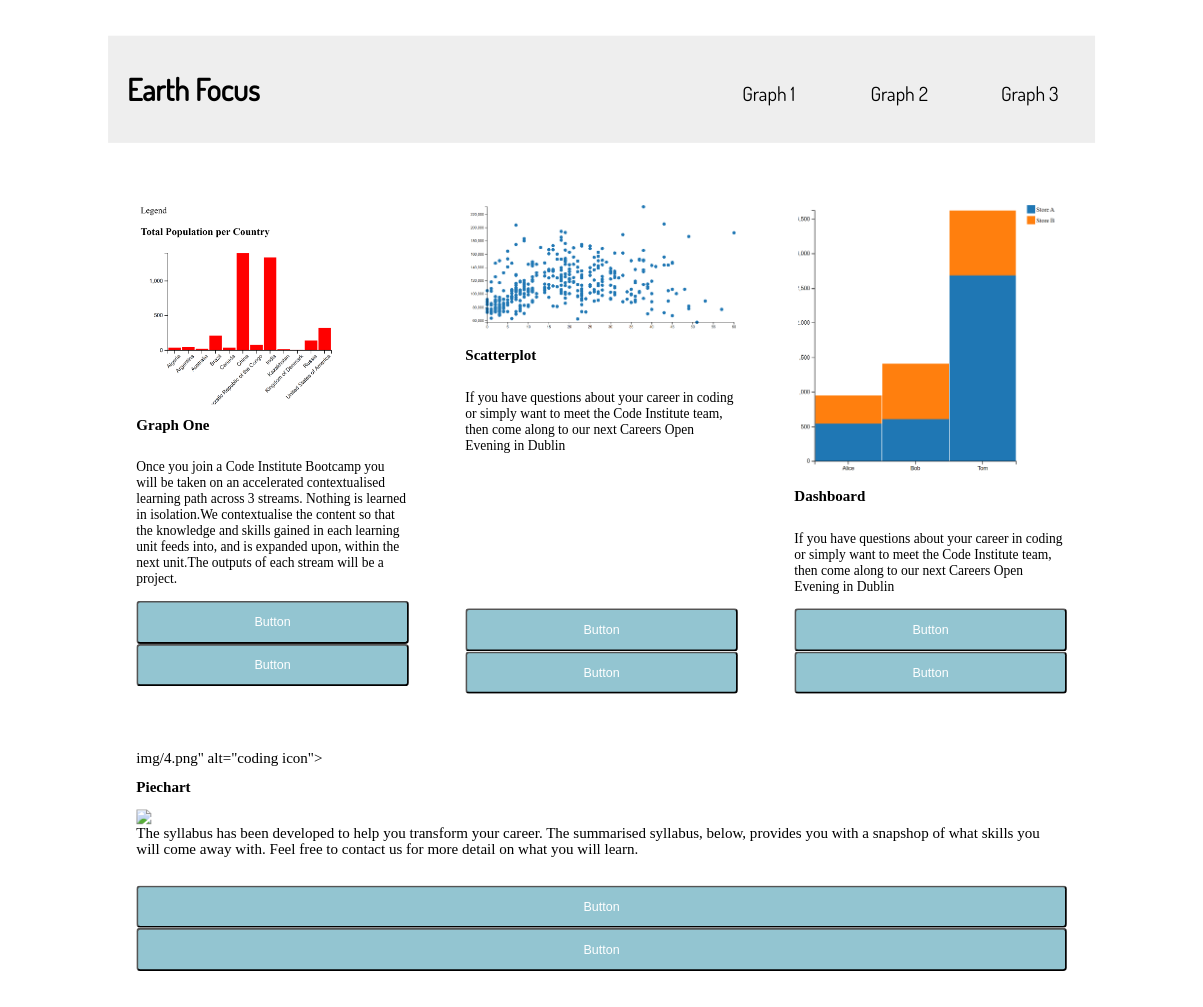
Repository: Code-Institute-Submissions/SOliv1-milestone2_NovResub
Page: index.html
The author's editor kept a record of every edit. The page is drawn from the files as they stood at one moment, then again after the next edit.
The browser window is 1280 px wide. The pictures show the whole page, at 94% of full size.
Some web libraries are served in a nearby version.

Above is the page before.

### index.html
<!DOCTYPE html>
<html lang="en">
<head>
    <meta charset="UTF-8">
    <meta http-equiv="X-UA-Compatible" content="ie=edge">
    <meta name="viewport" content="width=device-width, initial-scale=1">
    <title>Earth Focus</title>
    <link href="css/style.css" rel="stylesheet">
    <link href='https://fonts.googleapis.com/css?family=Roboto' rel='stylesheet' type='text/css'>
    <link href='https://fonts.googleapis.com/css?family=Dosis' rel='stylesheet' type='text/css'>
    </head>
<body>
    <div id="container">
        <nav>
            <ul>
                <li id="logoNav">Earth Focus</>
                <li id="graph11_btn">Graph 1</li>
                <li id="graph2_btn"> Graph 2</li>
                <li id="graph3_btn">Graph 3</li>
            </ul>
        </nav>
        <div class="card graph1">
            <img class="card_image" src="img/1.png" alt="coding icon">
            <div class="card_bottom">
                <h2 class="card_head">Graph One</h2>
                <p class="card_para">Once you join a Code Institute Bootcamp you will be taken on an accelerated contextualised learning path across 3 streams. Nothing is learned in isolation.We contextualise the content so that the knowledge and skills gained in each learning
                    unit feeds into, and is expanded upon, within the next unit.The outputs of each stream will be a project. </p>
                <button class="bottom_button">Button</>
                <button class="bottom_button" id="button_effects1">Button</button>
            </div>
        </div>
        <div class="card graph3_btn">
            <img class="card_image" src="img/2.png" alt="coding icon">
            <h2 class="card_head">Scatterplot</h2>
            <p class="card_para">If you have questions about your career in coding or simply want to meet the Code Institute team, then come along to our next Careers Open Evening in Dublin</p>
            <button class="bottom_button">Button</>
            <button id="button_effects2" class="bottom_button">Button</button>
            </div>
        <div class="card graph2">
            <img class="card_image" src="img/3.png" alt="coding icon">
            <h2 class="card_head">Dashboard</h2>
            <p class="card_para">If you have questions about your career in coding or simply want to meet the Code Institute team, then come along to our next Careers Open Evening in Dublin</p>
            <button class="bottom_button">Button</>
            <button id="button_effects3" class="bottom_button">Button</button>
        </div>
        <div class="card graph3">img/4.png" alt="coding icon">
            <h2 class="card_head">Piechart</h2>
            <img class="card_image" src="i
            <p class="card_para">The syllabus has been developed to help you transform your career. The summarised syllabus, below, provides you with a snapshop of what skills you will come away with. Feel free to contact us for more detail on what you will learn.</p>
            <button class="bottom_button">Button</>
             <button id="button_effects4" class="bottom_button">Button</button>
        </div>
    <script src="https://code.jquery.com/jquery-3.2.1.js" integrity="sha256-DZAnKJ/6XZ9si04Hgrsxu/8s717jcIzLy3oi35EouyE=" crossorigin="anonymous"></script>
    <script src="script.js"></script>
    <!-- Scripts located at the bottom of the body to insure page is fully loaded before execution -->
</body>
</html>

### css/style.css
Skip to content
Search or jump to…

Pull requests
Issues
Marketplace
Explore

@SOliv1
Code Issues 0 Pull requests 0 Projects 0 Wiki Security Pulse Community
jquery-events/style.css
 Ubuntu initial commit
871e21d on Aug 28
193 lines (133 sloc)  2.25 KB

body {
	font-family: 'Roboto', sans-serif;
	/*background-image: url(img/code-institute.jpg);
 	background-size: cover;
 	color: #ffffff;*/
 	background-color: #eee;

}

h1{
	font-size: 3em;
	text-align: center;
}

h2 {
	font-size: 1em;
	text-align: left;

}



p {
	font-size: .9rem;
}



div {
	border-radius: 4px;
}

.card_image {
	width: 100%;

}

.bottom_button {
	display: flex;
	box-sizing:border-box;
	border-radius: 4px;
	display: block;
	width: 100%;
	background-color:rgba(129, 187, 201,.85);
	text-align: center;
	padding: 1em .75em;
	text-decoration: none;
	color: #fff;

}

.card_bottom {
	display: flex;
	flex-flow:column;
}

.card_head {
	flex:0;
}



.card_para {

	flex:1 0 auto;

}

#container {
	display: flex;		/* makes container a flexbox*/
	flex-flow: row wrap; 	/* layout the boxes in rows and wrap them*/
	box-sizing:border-box;
	margin-right:auto;
	margin-left:auto;
	max-width:1050px;
}

#logo {
	width: 800px;
	margin: auto;
}



.card {

	flex:1; /* */

	display: flex;	/* make the contents controllable by flexbox*/
	flex-flow:column;	/* */
	min-width: 240px; /**/
	margin: 10px;
	padding: 20px;
	background-color: #fff;
}

.highlight_stream {
	background-color: #EB5255;
}

#my_footer {
	width:100%;
	text-align: center;
}



#copyright {
	margin-top:10px;
	margin-bottom:10px;

}

/*************************
Navigation
**************************/

nav {

	font-family: roboto;
	background-color: #eee;
	margin: 30px auto;
	width: 100%;
}

ul {

	display: flex;

	justify-content:space-between;

	flex-flow: row;

	/*flex-flow: row-reverse;*/
	/*justify-content:flex-end;*/
	/*justify-content:space-around;*/
	/*align-items:flex-start;*/
	align-items:baseline;
	border-radius: 10px;
	list-style-type: none; /*Remove Bullets*/
	padding: 0;

}

li {
	flex:1;
	height: 30px;
	/*width:10%;*/
	/*border:2px solid #000;*/
	/*background-color: #81BBC9;*/
	/*border-radius: 10px;*/
	font-family: Dosis;
	padding:20px 20px 20px 20px;
	text-align: center;
	font-size: 1.3em;
}

#logoNav {
	flex:6;
	text-align: left;
	font-size: 2em;
	font-weight: bold;
}

.underline {
    text-decoration:underline;

}



.border {

    border: solid 5px #ccc;

}

@media screen and (max-width: 700px) {
	ul {
		flex-flow: column;
		align-items:center;
    }
	li {
		font-size: 2em;
	}

}

### script.js
$(document).ready(function() {
    -$("#barchart_html").on("click", function() {
        $(".graph1").show();
        $(".graph1").show(1000);
        $("#button_effects1").click(function(){
        $('#button_effects1').hide('slow');
    });
 });

   $("#barchart2_html").on("click", function() {
        $(".graph1").removeClass('highlight_graph');
        $(".graph2").removeClass('highlight_graph');
        $(".graph3").removeClass('highlight_graph');
        $(".graph2").addClass('highlight_graph');
   });

    $("#barchart3_html").on("click", function() {
        $(".graph1").removeClass('highlight_graph');
        $(".graph2").removeClass('highlight_graph');
        $(".graph3").removeClass('highlight_graph');
        $(".graph3").addClass('highlight_graph');
    });
});

    $(document).ready(function() {
    $("#button_effects1").click(function(){
        $('#par1').toggle('1000');
    });
    $("#button_effects2").click(function(){
        $('#par2').toggle('1000');
    });
    $("#button_effects3").click(function(){
        $('#par3').toggle('1000');
    });
    $("#button_effects4").click(function(){
        $('#par4').toggle('1000');
    });
});

$(document).ready(function() {
    // Create the slideToggle effects each of the paragraphs and
    // buttons
    $("#button_effects1").click(function(){
        $('#par1').slideToggle('1000');
    });
    $("#button_effects2").click(function(){
        $('#par2').slideToggle('1000');
    });
    $("#button_effects3").click(function(){
        $('#par3').slideToggle('1000');
    });
    $("#button_effects4").click(function(){
        $('#par4').slideToggle('1000');
    });
    $("#button_effects5").click(function(){
        $('#par5').slideToggle('1000');
    });
    $("#button_effects6").click(function(){
        $('#par6').slideToggle('1000');
    });
});



// Use the fadeTo effect when the mouse hovers over a specific button
    // and fadeTo again when the mouse is no longer hovering over the button

    $("#button_effects1").mouseenter(function(){
        $('#button_effects1').fadeTo(1000, 0.5);
    });
    $("#button_effects1").mouseleave(function(){
        $('#button_effects1').fadeTo(1000, 1);
    });
    $("#button_effects2").mouseenter(function(){
        $('#button_effects2').fadeTo(1000, 0.5);
    });
    $("#button_effects2").mouseleave(function(){
        $('#button_effects2').fadeTo(1000, 1);
    });
    $("#button_effects3").mouseenter(function(){
        $('#button_effects3').fadeTo(1000, 0.5);
    });
    $("#button_effects3").mouseleave(function(){
        $('#button_effects3').fadeTo(1000, 1);
    });
    $("#button_effects4").mouseenter(function(){
        $('#button_effects4').fadeTo(1000, 0.5);
    });
    $("#button_effects4").mouseleave(function(){
        $('#button_effects4').fadeTo(1000, 1);
    });

//waits until page is loaded first

    $(document).ready(function(){
    //applies colour red to paragraphs when clicked on
    $("p").click(function(){
        $("p").addClass("highlight_text");
    });
});

//will add lightblue to h2 elements

    $("h2").hover(function(){
        $("h2").addClass( "h2_color");
    });

    /*
    this will apply larger font size to the active h2 element
    by adding the h2_font_size class but
    not the other h2 elements by removing class h2_font_size from them
    */

    $("#hr_html").hover(function(){
        $("#hr_graph").removeClass("h2_font_size");
        $("#hr_dashboard").removeClass("h2_font_size");
        $("#hr_scatterplot").removeClass("h2_font_size");
        $("#hr_piechart").removeClass("h2_font_size");
    });


    //applies colour black to body background when mouse enters over buttons


    $(".bottom_button").mouseenter(function(){
        $("body").css( "background-color", "black");
    });

    //applies colour grey to body background when mouse leaves buttons

    $(".bottom_button").mouseleave(function(){
        $("body").css( "background-color", "#eee");
    });

After the next edit:
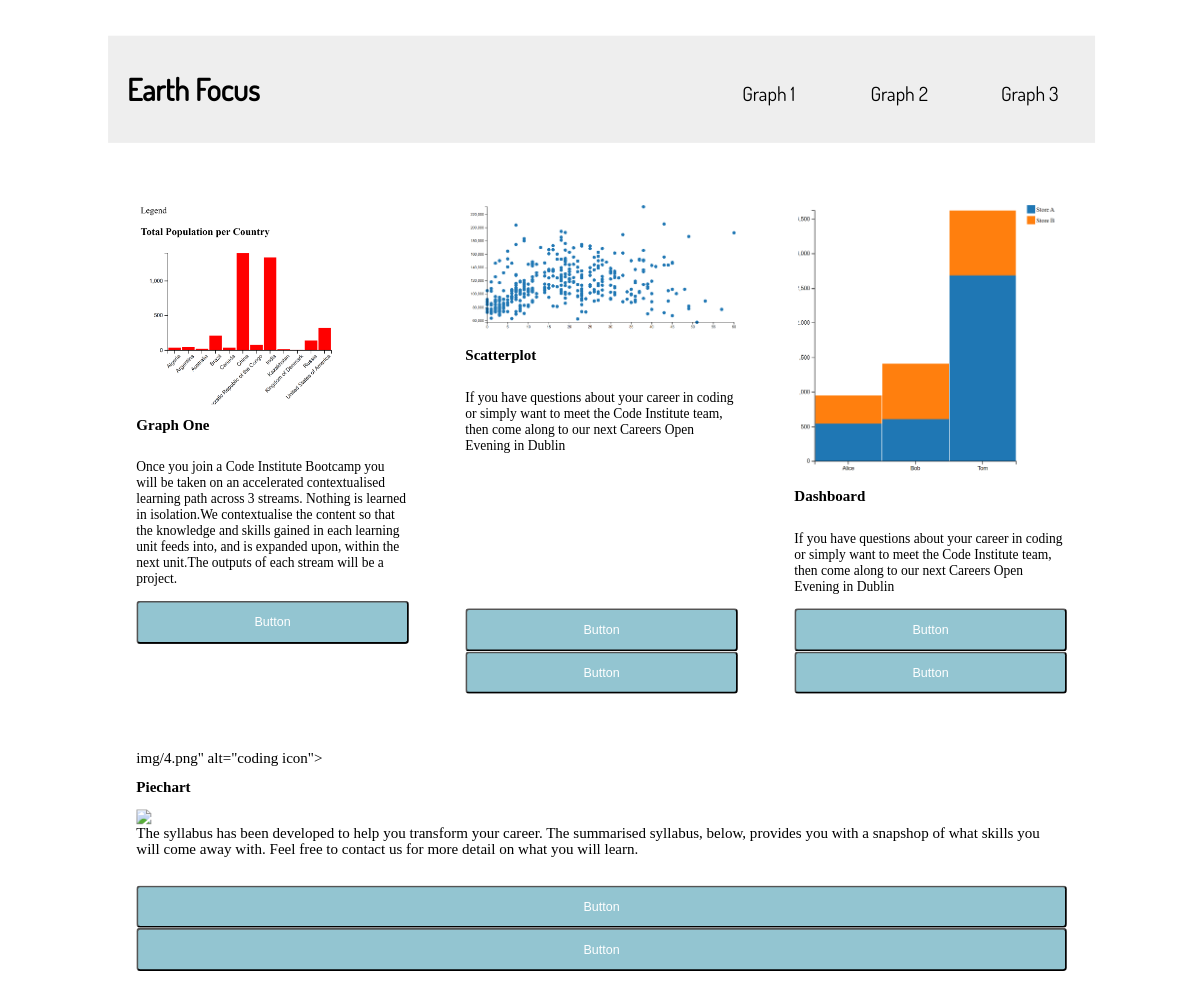
The edit:
--- a/index.html
+++ b/index.html
@@ -25,7 +25,6 @@
                 <h2 class="card_head">Graph One</h2>
                 <p class="card_para">Once you join a Code Institute Bootcamp you will be taken on an accelerated contextualised learning path across 3 streams. Nothing is learned in isolation.We contextualise the content so that the knowledge and skills gained in each learning
                     unit feeds into, and is expanded upon, within the next unit.The outputs of each stream will be a project. </p>
-                <button class="bottom_button">Button</>
                 <button class="bottom_button" id="button_effects1">Button</button>
             </div>
         </div>
